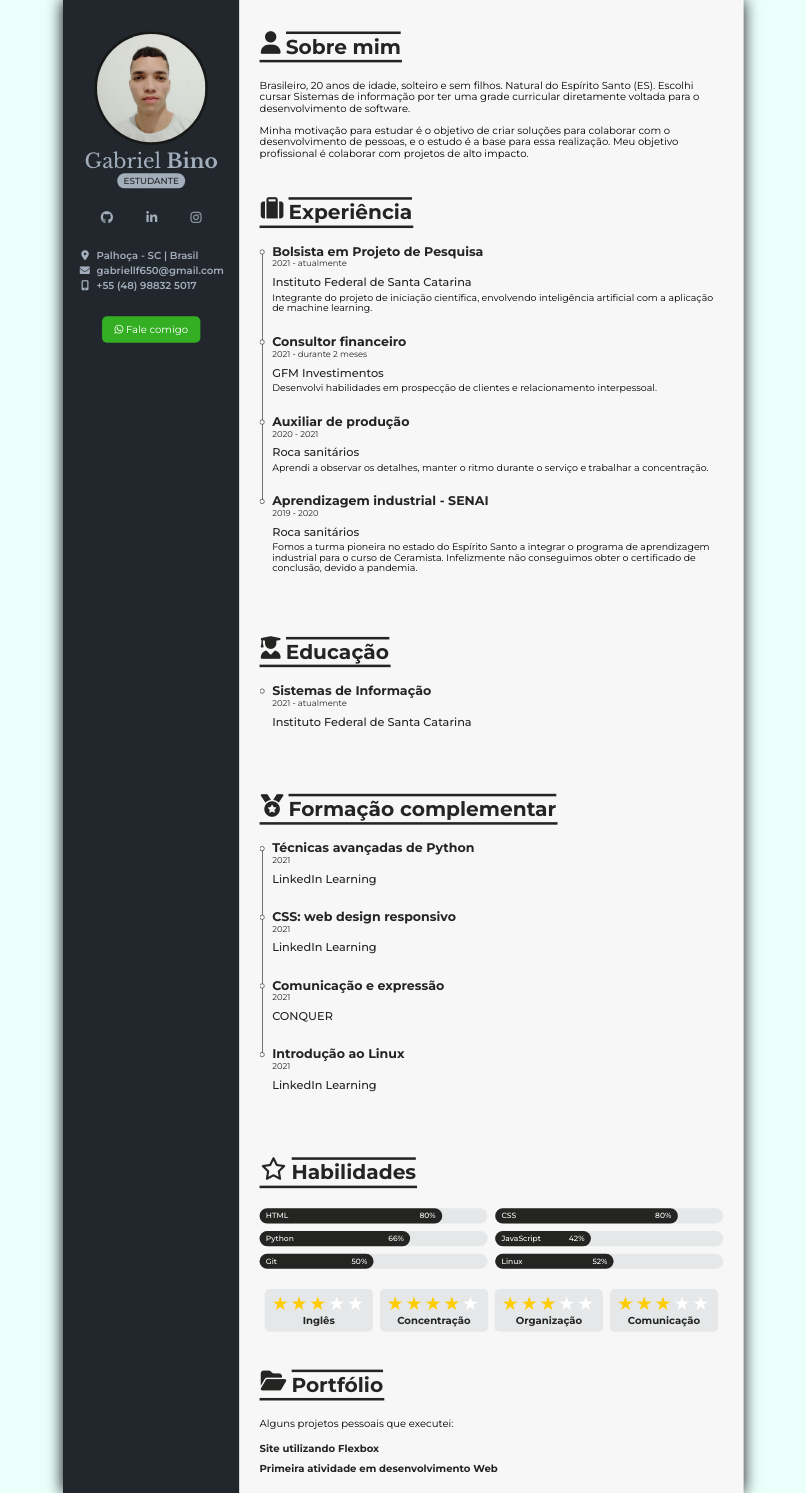
Repository: gabrielbino/curriculoResponsivo
Page: index.html
These files come from the project's save history. The page is drawn as it stood at one moment and after the next save; the edit follows.
The browser window is 1280 px wide. The pictures show the whole page, at 63% of full size.
Some web libraries are served in a nearby version.

Above is the page before, as saved 2021-10-30 16:26:51.

After the next save:
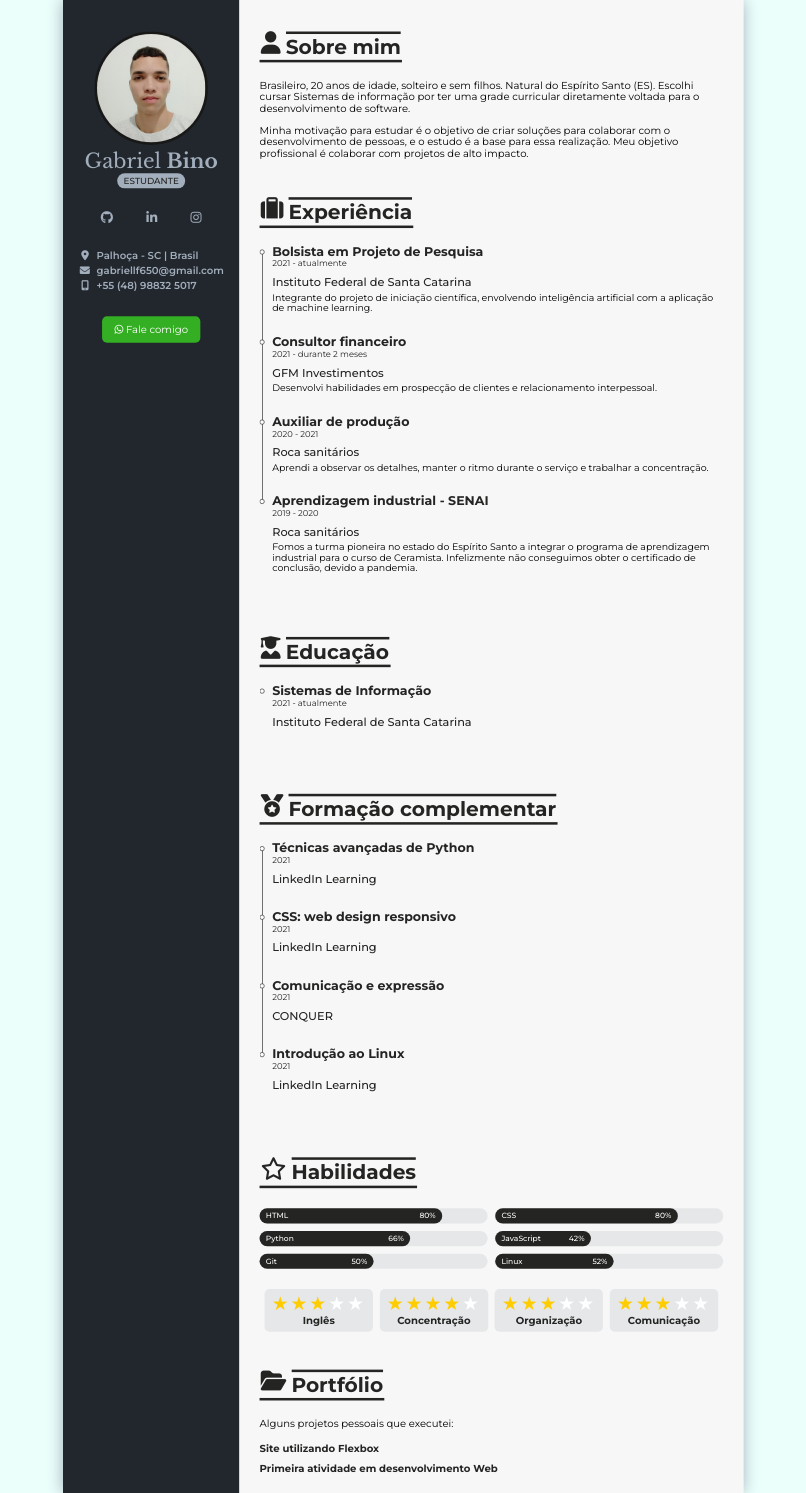
Saved 8 s later.
--- a/css/style.css
+++ b/css/style.css
@@ -16,7 +16,7 @@ body {
 
 main {
   background-color: #ebfffb;
-  box-shadow: 0 0 1.5rem;
+  box-shadow: 0 0 1.5rem #a2aebb;
   display: flex;
   margin: 0 auto;
   max-width: 1080px;
